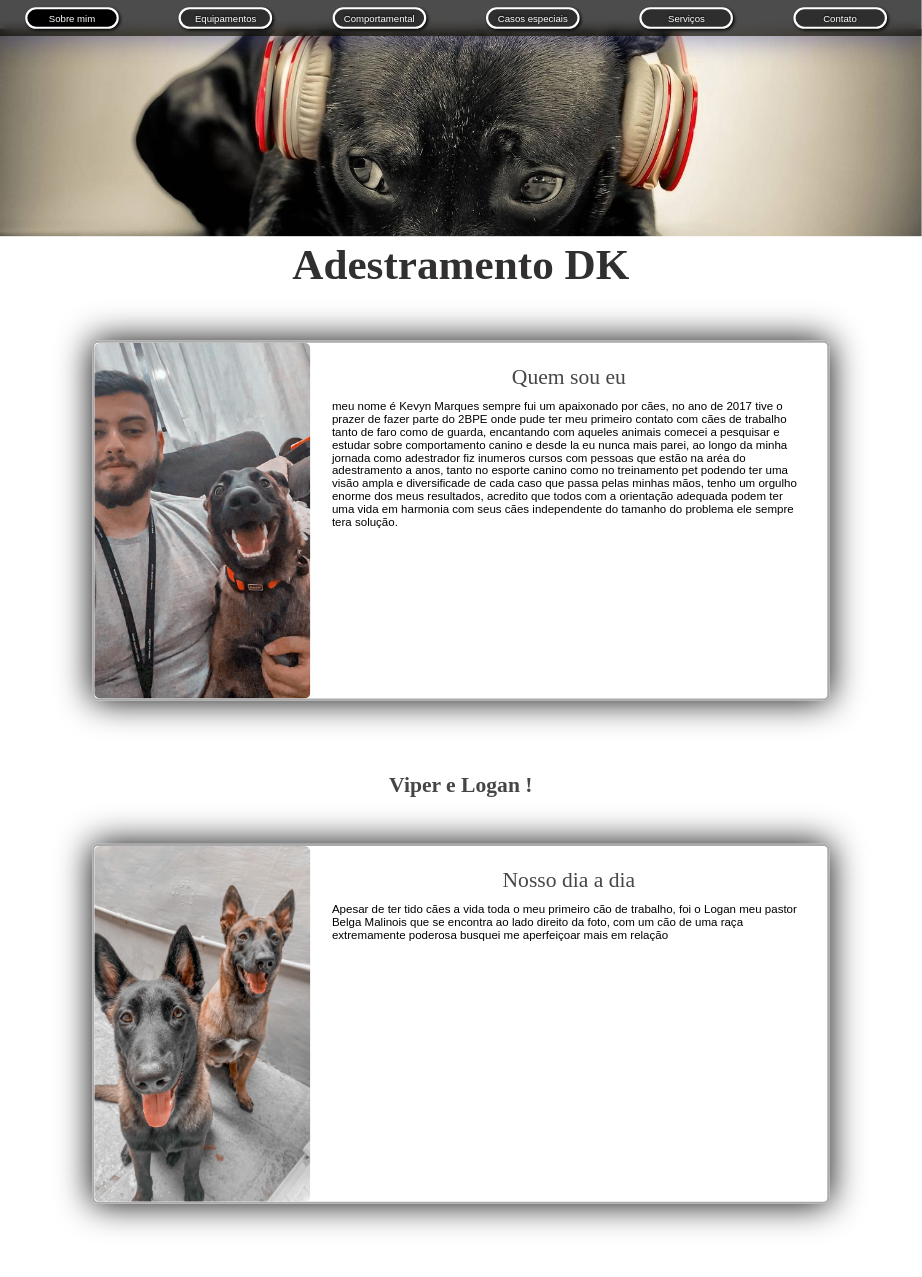
Repository: KevynMarques/Blog-React-StyledComponent
Page: /
The author's editor kept a copy of each file at every save. The page is drawn from the files as they stood at one save, then again after the next save.
The browser window is 1280 px wide. The pictures show the whole page, at 72% of full size.
The project was rebuilt for these pictures with package versions that can differ from the ones it lists, and the page was loaded fresh each time. Also part of the build but not shown: src/Components/Equipamentos/index.jsx, src/Components/Comportamental/index.jsx, src/Components/Clientes/index.jsx, src/Components/Serviços/index.jsx, src/Components/Contato/index.jsx.

Above is the page before, as saved 2022-02-21 13:32:51.

After the next save:
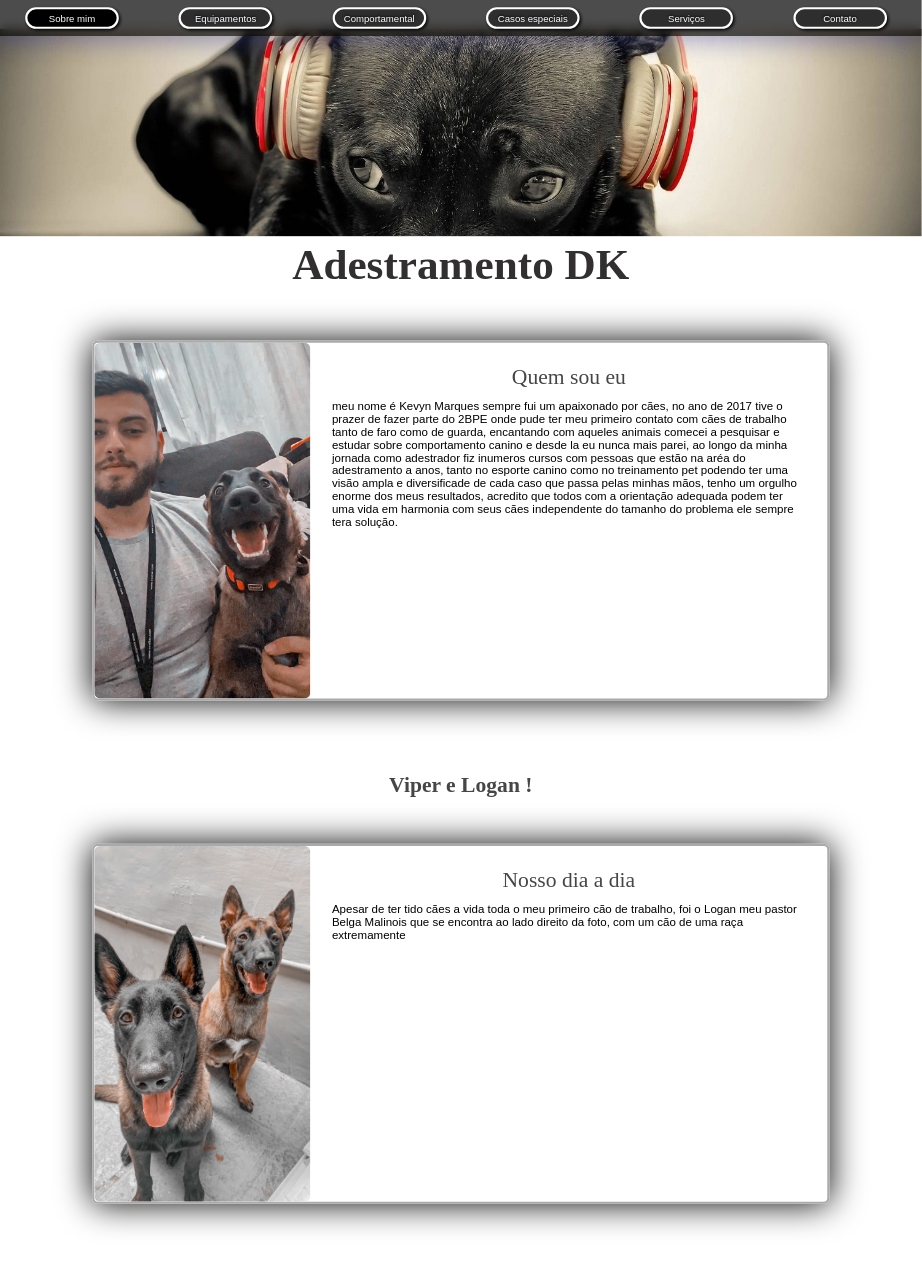
Saved 16 s later.
--- a/src/Components/Sobre/index.jsx
+++ b/src/Components/Sobre/index.jsx
@@ -42,7 +42,7 @@ export default () => {
        </ContainerIMG>
        <Info>
        <TitleInfo>Nosso dia a dia</TitleInfo>
-       Apesar de ter tido cães a vida toda o meu primeiro cão de trabalho, foi o Logan meu pastor Belga Malinois que se encontra ao lado direito da foto, com um cão de uma raça extremamente poderosa busquei me aperfeiçoar mais em relação
+       Apesar de ter tido cães a vida toda o meu primeiro cão de trabalho, foi o Logan meu pastor Belga Malinois que se encontra ao lado direito da foto, com um cão de uma raça extremamente
        </Info>
       </ContainerBox>
 </>
